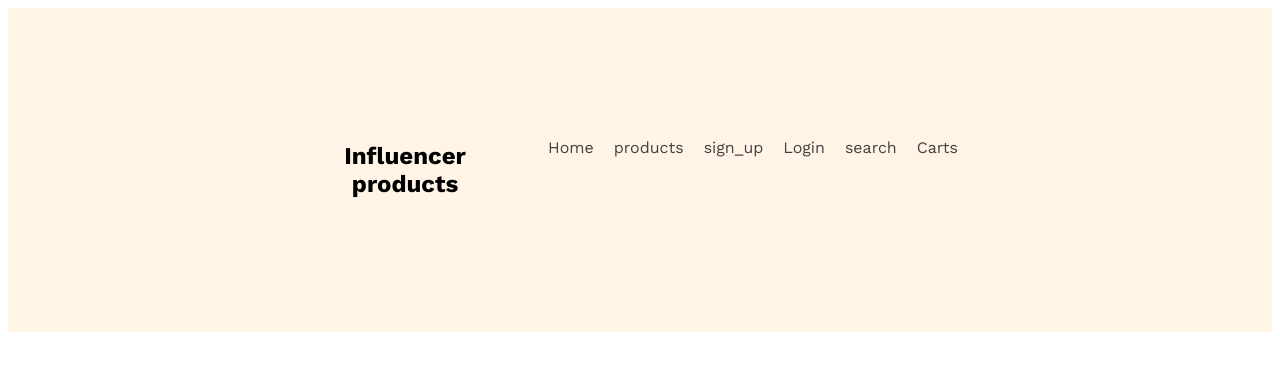
Repository: RudrasahaDibos/Camera-gear
Page: index.html
These files come from the project's save history. The page is drawn as it stood at one moment and after the next save; the edit follows.
The browser window is 1280 px wide. The pictures show the whole page.

Above is the page before, as saved 2024-10-08 14:14:05.

After the next save:
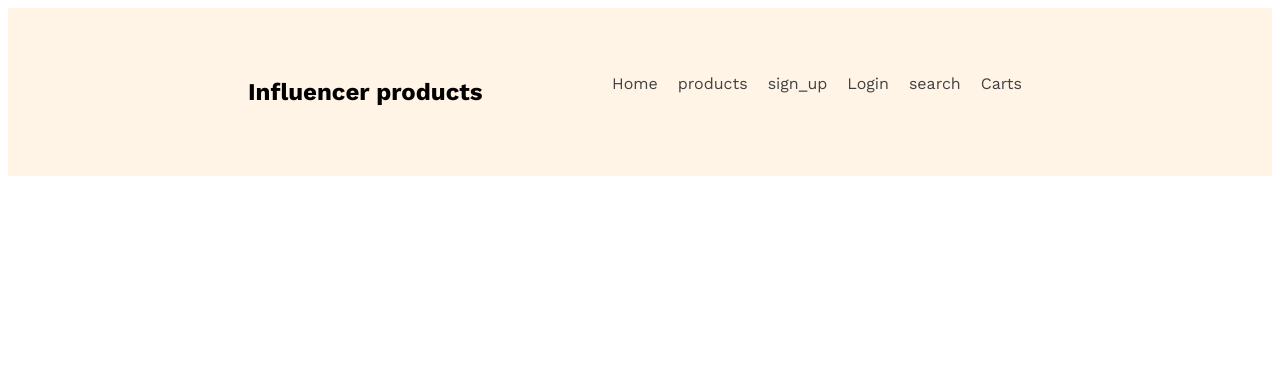
Saved 4 s later.
--- a/style.css
+++ b/style.css
@@ -19,7 +19,6 @@
 .Influencer-header{
     display: flex;
     justify-content: space-between;
-    margin: 4rem;
     text-align: center;
 }
 .Influencer-header-button{
